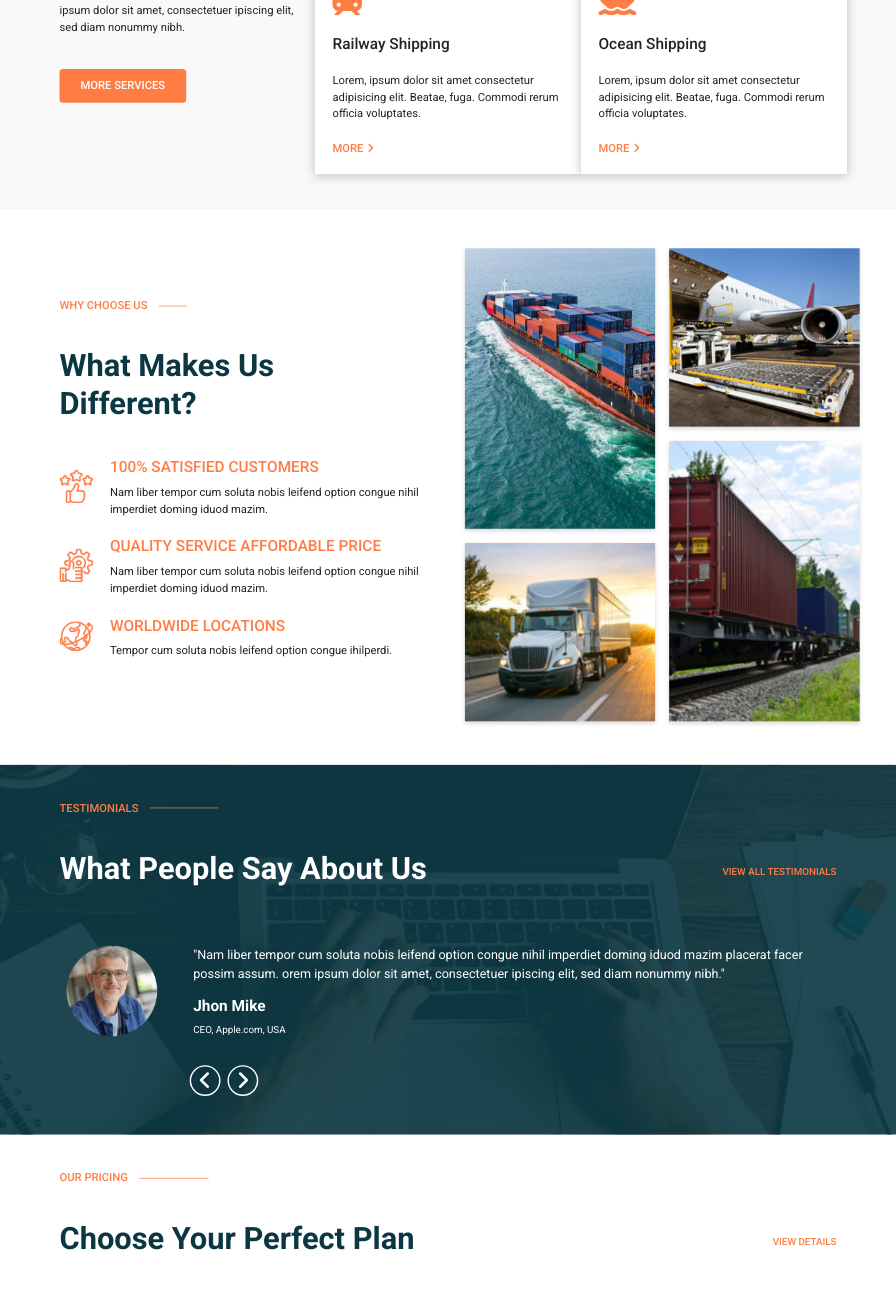
Repository: nazmulalok/shipping-theme
Page: index.html
These files come from the project's save history. The page is drawn as it stood at one moment and after the next save; the edit follows.
The browser window is 1280 px wide. The pictures show the part of the page from y = 2114 to 4034 px (the page is 3970 px tall before and 4034 px after), at 70% of full size.
Some web libraries are served in a nearby version.

Above is the page before, as saved 2022-10-09 14:58:04.

### index.html
<!DOCTYPE html>
<html lang="en">

    <head>
        <meta charset="UTF-8">
        <meta http-equiv="X-UA-Compatible" content="IE=edge">
        <meta name="viewport" content="width=device-width, initial-scale=1.0">
        <link rel="preconnect" href="https://fonts.googleapis.com">
        <link rel="preconnect" href="https://fonts.gstatic.com" crossorigin>
        <link
            href="https://fonts.googleapis.com/css2?family=Roboto:ital,wght@0,300;0,400;0,500;0,700;0,900;1,300;1,400;1,500;1,700;1,900&display=swap"
            rel="stylesheet">
        <link rel="stylesheet"
            href="https://cdnjs.cloudflare.com/ajax/libs/OwlCarousel2/2.3.4/assets/owl.carousel.min.css"
            integrity="sha512-tS3S5qG0BlhnQROyJXvNjeEM4UpMXHrQfTGmbQ1gKmelCxlSEBUaxhRBj/EFTzpbP4RVSrpEikbmdJobCvhE3g=="
            crossorigin="anonymous" referrerpolicy="no-referrer" />
        <link rel="stylesheet"
            href="https://cdnjs.cloudflare.com/ajax/libs/OwlCarousel2/2.3.4/assets/owl.theme.default.min.css"
            integrity="sha512-sMXtMNL1zRzolHYKEujM2AqCLUR9F2C4/05cdbxjjLSRvMQIciEPCQZo++nk7go3BtSuK9kfa/s+a4f4i5pLkw=="
            crossorigin="anonymous" referrerpolicy="no-referrer" />
        <link rel="stylesheet" href="https://cdnjs.cloudflare.com/ajax/libs/font-awesome/6.2.0/css/all.min.css"
            integrity="sha512-xh6O/CkQoPOWDdYTDqeRdPCVd1SpvCA9XXcUnZS2FmJNp1coAFzvtCN9BmamE+4aHK8yyUHUSCcJHgXloTyT2A=="
            crossorigin="anonymous" referrerpolicy="no-referrer" />
        <link rel="stylesheet" href="https://cdn.jsdelivr.net/npm/bootstrap@4.0.0/dist/css/bootstrap.min.css"
            integrity="sha384-Gn5384xqQ1aoWXA+058RXPxPg6fy4IWvTNh0E263XmFcJlSAwiGgFAW/dAiS6JXm" crossorigin="anonymous">
        <link rel="stylesheet" href="style.css">
        <title>Document</title>
    </head>

    <body>
        <header class="header-top">
            <div class="container">
                <div class="top-bar">
                    <p class="m-0">Dolor sit amet, consetetur sadipscing elitr sed diam</p>
                    <div>
                        <span class="mr-4">Shipment Tracker</span>
                        <span>Login</span>
                    </div>
                </div>
                <div class="header-area">
                    <div class="logo">
                        <img src="images/shipping-logo.svg" alt="Shipping Logo">
                    </div>
                    <nav>
                        <ul>
                            <li><a href="#">Home</a></li>
                            <li><a href="#">About Us</a></li>
                            <li><a href="#">Service</a></li>
                            <li><a href="#">Project</a></li>
                            <li><a href="#">Blog</a></li>
                            <li><a href="#">News & Events</a></li>
                            <li><a href="#">Contact Us</a></li>
                        </ul>
                    </nav>
                    <div class="nav-btn">
                        <a class="common-btn mr-3" href="#">Get A Quote</a>
                        <i class="fa-solid fa-ellipsis-vertical"></i>
                    </div>
                </div>
            </div>
        </header>
        <!-- Slider -->
        <section>
            <div class="main-slider">
                <div class="container">
                    <div class="slide-content">
                        <div class="slide-text">
                            <div class="slider-title mb-4">Lorem ips<br>
                                dolor sit ametcon<br>
                                sadips cing</div>
                            <p>Nam liber tempor cum soluta nobis eleifend option</p>
                            <div class="sliderBtn mt-5"><a class="common-btn mr-4" href="#">Get Started Now</a><a
                                    class="common-btn outline-btn" href="#">Learn More</a></div>
                        </div>
                    </div>
                </div>
            </div>
        </section>
        <!-- Slider Ends -->
        <div class="common-sec">
            <div class="container">
                <div class="row align-items-center mb-5">
                    <div class="col-lg-6">
                        <h1 class="border-heading">Duis Autem Vel Eumri
                            Ure Dolor In Hend</h1>
                    </div>
                    <div class="col-lg-6">
                        <p class="ms-4">Nam liber tempor cum soluta nobis eleifend option congue nihil imperdiet doming
                            id quod mazim
                            placerat facer possim assum. Lorem ipsum dolor sit amet, consectetuer adipiscing.</p>
                    </div>
                </div>
                <div class="row mt-5">
                    <div class="col-lg-6">
                        <div class="video-box img-box img-shadow">
                            <img src="images/ship-products.jpg" alt="Ship Products" />
                            <a data-fancybox="" href="" class="video-btn">
                                <i class="fa fa-play"></i>
                            </a>
                        </div>
                        <div class="exp-section">
                            <div class="exp-title ml-4">
                                25
                            </div>
                            <div class="exp-paragraph">
                                Years <br>Experience <br>In It
                            </div>
                            <img src="images/exp-bg.png" alt="Experience">
                        </div>
                    </div>
                    <div class="col-lg-6">
                        <span class="sp-title">About Us</span>
                        <h2 class="mb-5">Lorem Ipsum Dolo
                            Sit Amet Conse</h2>
                        <p class="mb-5">Lorem ipsum dolor sit amet, consetetur sadipscing elitr, sed diam nonumy eirmod
                            tempor
                            invidunt.</p>
                        <div class="boxes">
                            <div class="common-box">
                                <div class="content">
                                    <i class="fa-solid fa-bullseye mb-4"></i>
                                    <div class="box-title mb-4">
                                        Our Mission
                                    </div>
                                    <p class="mb-4">Lorem, ipsum dolor sit amet consectetur adipisicing elit. Beatae,
                                        fuga. Commodi
                                        rerum
                                        officia voluptates.</p>
                                    <a href="#" class="more-btn">More</a>
                                </div>
                            </div>
                            <div class="common-box">
                                <div class="content">
                                    <i class="fa-regular fa-eye mb-4"></i>
                                    <div class="box-title mb-4">
                                        Our Vision
                                    </div>
                                    <p class="mb-4">Lorem, ipsum dolor sit amet consectetur adipisicing elit. Beatae,
                                        fuga. Commodi
                                        rerum
                                        officia voluptates.</p>
                                    <a href="#" class="more-btn">More</a>
                                </div>
                            </div>
                        </div>
                    </div>
                </div>
            </div>
        </div>
        <div class="common-sec service-sec">
            <div class="container">
                <div class="row align-items-center">
                    <div class="col-lg-4">
                        <span class="sp-title">Services</span>
                        <h2 class="mb-5">Our Services</h2>
                        <p class="mb-5">Nam liber tempor cum soluta nobis leifend option congue nihil imperdiet doming
                            iduod mazim placerat facer possim assum. orem ipsum dolor sit amet, consectetuer ipiscing
                            elit, sed diam nonummy nibh.</p>
                        <a href="#" class="common-btn">More Services</a>
                    </div>
                    <div class="col-lg-8">
                        <div class="row">
                            <div class="col-lg-6 p-0">
                                <div class="common-box">
                                    <div class="content">
                                        <i class="fa-solid fa-truck-moving mb-4"></i>
                                        <div class="box-title mb-4">
                                            Truck Shipping
                                        </div>
                                        <p class="mb-4">Lorem ipsum dolor sit amet, consetetur sadipscing elitr, sed
                                            diam nonumy eirmod tempor invidunt.</p>
                                        <a href="#" class="more-btn">More</a>
                                    </div>
                                </div>
                            </div>
                            <div class="col-lg-6 p-0">
                                <div class="common-box">
                                    <div class="content">
                                        <i class="fa-solid fa-plane mb-4"></i>
                                        <div class="box-title mb-4">
                                            Air Shipping
                                        </div>
                                        <p class="mb-4">Lorem ipsum dolor sit amet, consetetur sadipscing elitr, sed
                                            diam nonumy eirmod tempor invidunt.</p>
                                        <a href="#" class="more-btn">More</a>
                                    </div>
                                </div>
                            </div>
                            <div class="col-lg-6 p-0">
                                <div class="common-box">
                                    <div class="content">
                                        <i class="fa-solid fa-train-subway mb-4"></i>
                                        <div class="box-title mb-4">
                                            Railway Shipping
                                        </div>
                                        <p class="mb-4">Lorem, ipsum dolor sit amet consectetur adipisicing elit.
                                            Beatae,
                                            fuga. Commodi
                                            rerum
                                            officia voluptates.</p>
                                        <a href="#" class="more-btn">More</a>
                                    </div>
                                </div>
                            </div>
                            <div class="col-lg-6 p-0">
                                <div class="common-box">
                                    <div class="content">
                                        <i class="fa-solid fa-ship mb-4"></i>
                                        <div class="box-title mb-4">
                                            Ocean Shipping
                                        </div>
                                        <p class="mb-4">Lorem, ipsum dolor sit amet consectetur adipisicing elit.
                                            Beatae,
                                            fuga. Commodi
                                            rerum
                                            officia voluptates.</p>
                                        <a href="#" class="more-btn">More</a>
                                    </div>
                                </div>
                            </div>
                        </div>
                    </div>
                </div>
            </div>
        </div>
        <div class="common-sec why-choose-sec">
            <div class="container">
                <div class="row align-items-center">
                    <div class="col-lg-6">
                        <span class="sp-title">Why Choose Us</span>
                        <h3 class="mb-5">What Makes Us <br>
                            Different?</h3>
                        <div class="why-choose-box">
                            <div class="common-box d-flex align-items-center mb-4">
                                <div class="img-box mr-4">
                                    <img src="images/satisfied-customers.png" alt="Satisfied Customers">
                                </div>
                                <div>
                                    <div class="box-title mb-2">
                                        100% Satisfied Customers
                                    </div>
                                    <p>Nam liber tempor cum soluta nobis leifend option congue nihil imperdiet
                                        doming iduod mazim.</p>
                                </div>
                            </div>
                            <div class="common-box d-flex align-items-center mb-4">
                                <div class="img-box mr-4">
                                    <img src="images/quality-services.png" alt="Quality Services">
                                </div>
                                <div>
                                    <div class="box-title mb-2">
                                        Quality Service Affordable Price
                                    </div>
                                    <p>Nam liber tempor cum soluta nobis leifend option congue nihil imperdiet
                                        doming iduod mazim.</p>
                                </div>
                            </div>
                            <div class="common-box d-flex align-items-center mb-4">
                                <div class="img-box mr-4">
                                    <img src="images/worldwide-locations.png" alt="Worldwide Locations">
                                </div>
                                <div>
                                    <div class="box-title mb-2">
                                        Worldwide Locations
                                    </div>
                                    <p>Tempor cum soluta nobis leifend option congue ihilperdi.</p>
                                </div>
                            </div>
                        </div>
                    </div>
                    <div class="col-lg-6">
                        <div class="img-box">
                            <img src="images/why-choose-shipping.png" alt="Why Choose Shipping">
                        </div>
                    </div>
                </div>
            </div>
        </div>
        <div class="py-50 testimonial-sec">
            <div class="container">
                <span class="sp-title">Testimonials</span>
                <div class="flex-heading d-flex justify-content-between">
                    <h3>What People Say About Us</h3>
                    <span class="sp-title no-border">View All Testimonials</span>
                </div>
                <div class="testimonial-slider owl-carousel owl-theme mt-5">
                    <div class="item">
                        <div class="common-box d-flex align-items-center">
                            <div class="img-box mr-3">
                                <img src="images/testimonial-user.png" alt="User">
                            </div>
                            <div class="content">
                                <p>"Nam liber tempor cum soluta nobis leifend option congue nihil imperdiet doming iduod
                                    mazim placerat facer possim assum. orem ipsum dolor sit amet, consectetuer ipiscing
                                    elit, sed diam nonummy nibh."</p>
                                <div class="user-details">
                                    <p class="mb-2">Jhon Mike</p>
                                    <p>CEO, Apple.com, USA</p>
                                </div>
                            </div>
                        </div>
                    </div>
                    <div class="item">
                        <div class="common-box d-flex align-items-center">
                            <div class="img-box mr-3">
                                <img src="images/testimonial-user.png" alt="User">
                            </div>
                            <div class="content">
                                <p>"Nam liber tempor cum soluta nobis leifend option congue nihil imperdiet doming iduod
                                    mazim placerat facer possim assum. orem ipsum dolor sit amet, consectetuer ipiscing
                                    elit, sed diam nonummy nibh."</p>
                                <div class="user-details">
                                    <p class="mb-2">Jhon Mike</p>
                                    <p>CEO, Apple.com, USA</p>
                                </div>
                            </div>
                        </div>
                    </div>
                    <div class="item">
                        <div class="common-box d-flex align-items-center">
                            <div class="img-box mr-3">
                                <img src="images/testimonial-user.png" alt="User">
                            </div>
                            <div class="content">
                                <p>"Nam liber tempor cum soluta nobis leifend option congue nihil imperdiet doming iduod
                                    mazim placerat facer possim assum. orem ipsum dolor sit amet, consectetuer ipiscing
                                    elit, sed diam nonummy nibh."</p>
                                <div class="user-details">
                                    <p class="mb-2">Jhon Mike</p>
                                    <p>CEO, Apple.com, USA</p>
                                </div>
                            </div>
                        </div>
                    </div>
                </div>
            </div>
        </div>
        <div class="common-sec pricing-sec">
            <div class="container">
                <span class="sp-title">Our Pricing</span>
                <div class="flex-heading d-flex justify-content-between">
                    <h3>Choose Your Perfect Plan</h3>
                    <span class="sp-title no-border">View Details</span>
                </div>
            </div>
        </div>














        <script src="https://code.jquery.com/jquery-3.2.1.slim.min.js"
            integrity="sha384-KJ3o2DKtIkvYIK3UENzmM7KCkRr/rE9/Qpg6aAZGJwFDMVNA/GpGFF93hXpG5KkN"
            crossorigin="anonymous"></script>
        <script src="https://cdn.jsdelivr.net/npm/popper.js@1.12.9/dist/umd/popper.min.js"
            integrity="sha384-ApNbgh9B+Y1QKtv3Rn7W3mgPxhU9K/ScQsAP7hUibX39j7fakFPskvXusvfa0b4Q"
            crossorigin="anonymous"></script>
        <script src="https://cdn.jsdelivr.net/npm/bootstrap@4.0.0/dist/js/bootstrap.min.js"
            integrity="sha384-JZR6Spejh4U02d8jOt6vLEHfe/JQGiRRSQQxSfFWpi1MquVdAyjUar5+76PVCmYl"
            crossorigin="anonymous"></script>
        <script src="https://cdnjs.cloudflare.com/ajax/libs/jquery/3.6.1/jquery.min.js"
            integrity="sha512-aVKKRRi/Q/YV+4mjoKBsE4x3H+BkegoM/em46NNlCqNTmUYADjBbeNefNxYV7giUp0VxICtqdrbqU7iVaeZNXA=="
            crossorigin="anonymous" referrerpolicy="no-referrer"></script>
        <script src="https://cdnjs.cloudflare.com/ajax/libs/OwlCarousel2/2.3.4/owl.carousel.min.js"
            integrity="sha512-bPs7Ae6pVvhOSiIcyUClR7/q2OAsRiovw4vAkX+zJbw3ShAeeqezq50RIIcIURq7Oa20rW2n2q+fyXBNcU9lrw=="
            crossorigin="anonymous" referrerpolicy="no-referrer"></script>
        <script src="script.js"></script>
    </body>

</html>

Loaded but not shown: script.js (21 lines, source omitted); style.css (583 lines, source omitted)

After the next save:
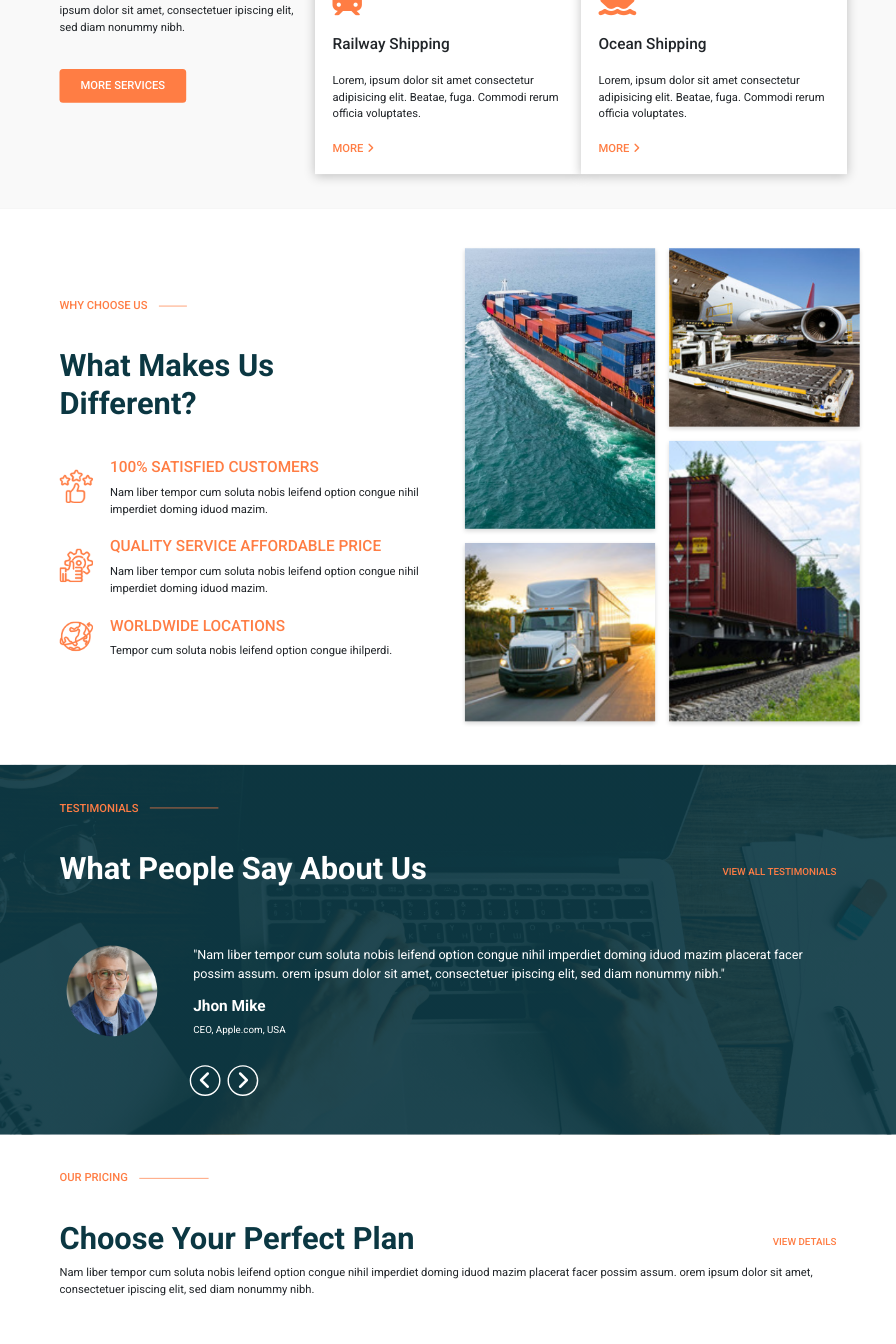
Saved 28 s later.
--- a/index.html
+++ b/index.html
@@ -342,6 +342,9 @@
                     <h3>Choose Your Perfect Plan</h3>
                     <span class="sp-title no-border">View Details</span>
                 </div>
+                <p>Nam liber tempor cum soluta nobis leifend option congue nihil imperdiet doming iduod mazim placerat
+                    facer possim assum. orem ipsum dolor sit amet, consectetuer ipiscing elit, sed diam nonummy nibh.
+                </p>
             </div>
         </div>
 
